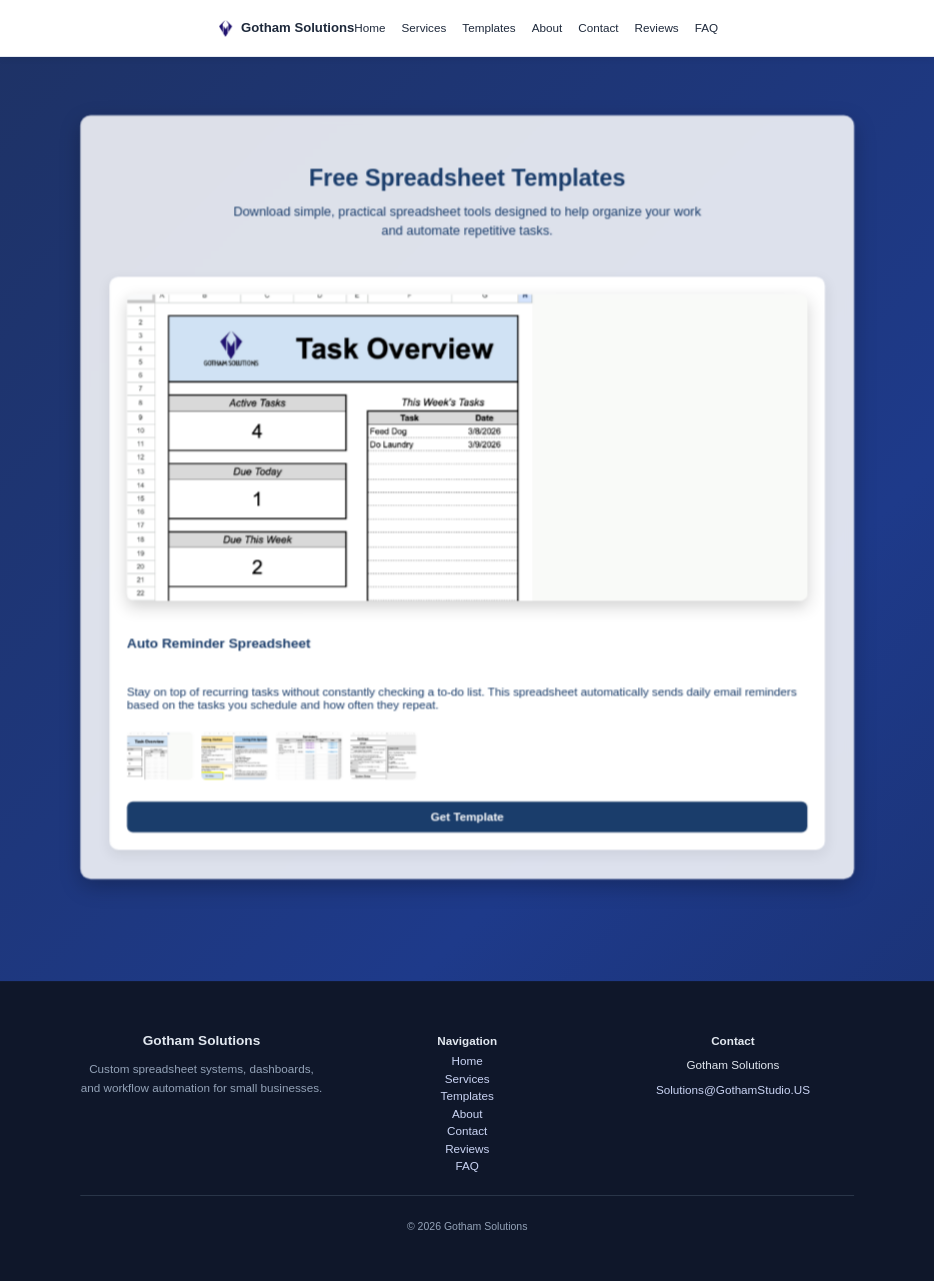
Repository: kmm569/gothamsolutions
Page: templates/index.html
The author's editor kept a copy of each file at every save. The page is drawn from the files as they stood at one save, then again after the next save.
The browser window is 1280 px wide. The pictures show the whole page, at 73% of full size.

Above is the page before, as saved 2026-03-13 15:23:56.

### templates/index.html
<!doctype html>
<html lang="en">
	<head>
<meta name="robots" content="index, follow">
	<meta charset="UTF-8" />
	<meta name="viewport" content="width=device-width, initial-scale=1.0" />

	<title>Spreadsheet Templates for Small Businesses | Gotham Solutions</title>

	<meta name="description"
	content="Browse spreadsheet templates designed to help small businesses track tasks, organize data, and manage workflows efficiently." />

	<meta name="keywords"
	content="spreadsheet templates, business spreadsheet templates, google sheets templates, excel templates, productivity spreadsheets" />

	<link rel="canonical" href="https://solutions.gothamstudio.us/templates/" />

	<link rel="icon" href="../icons/favicon.ico" />
	<link rel="stylesheet" href="../styles.css" />

	<meta property="og:type" content="website" />
	<meta property="og:title" content="Spreadsheet Templates | Gotham Solutions" />
	<meta property="og:description" content="Spreadsheet templates designed for small business workflows and organization." />
	<meta property="og:url" content="https://solutions.gothamstudio.us/templates/" />
	<meta property="og:image" content="https://solutions.gothamstudio.us/LogoSolo.png" />

</head>

	<body>
		<div id="site-header"></div>

		<main>
			<div class="content-wrapper">
				<section class="hero">
					<h2>Free Spreadsheet Templates</h2>

					<p class="hero-text">
						Download simple, practical spreadsheet tools designed to help
						organize your work and automate repetitive tasks.
					</p>
				</section>

				<section class="templates-grid">
					<div class="template-card">
						<img
							src="./images/autoreminders-dashboard.png"
							class="template-preview"
						/>

						<h3>Auto Reminder Spreadsheet</h3>

						<p class="template-description">
							Stay on top of recurring tasks without constantly checking a to-do
							list. This spreadsheet automatically sends daily email reminders
							based on the tasks you schedule and how often they repeat.
						</p>

						<div class="template-gallery">
							<img src="./images/autoreminders-dashboard.png" />
							<img src="./images/autoreminder-howto.png" />
							<img src="./images/autoreminders-reminders.png" />
							<img src="./images/autoreminders-settings.png" />
						</div>

						<a
							href="https://docs.google.com/spreadsheets/d/1iqwoBiz4gU0WCehX7NCS7XLuU7zCwvFCleJvFZoa73Y/edit?usp=sharing"
							class="button-primary"
							target="_blank"
						>
							Get Template
						</a>
					</div>
				</section>
			</div>
		</main>

		<div id="site-footer"></div>

		<script>
			document.querySelectorAll(".template-gallery img").forEach((img) => {
				img.addEventListener("click", () => {
					const card = img.closest(".template-card");
					const preview = card.querySelector(".template-preview");

					preview.src = img.src;
				});
			});

			const params = new URLSearchParams(window.location.search);

			if (params.has("template")) {
				sessionStorage.setItem("template", params.get("template"));
			}

			if (params.has("source")) {
				sessionStorage.setItem("source", params.get("source"));
			}

			/*const header = document.querySelector("header");

			let isShrunk = false;

			const shrinkPoint = 120;
			const expandPoint = 40;

			window.addEventListener("scroll", () => {
				const scroll = window.scrollY;

				if (!isShrunk && scroll > shrinkPoint) {
					header.classList.add("scrolled");
					isShrunk = true;
				}

				if (isShrunk && scroll < expandPoint) {
					header.classList.remove("scrolled");
					isShrunk = false;
				}
			});*/
		</script>
		<script src="/js/layout.js"></script>
	</body>
</html>

### styles.css
*,
*::before,
*::after {
	box-sizing: border-box;
}

body {
	background: #ffffff;
	color: #1a3d6b;
	font-family: Arial, sans-serif;
	margin: 0;
	padding: 0;
	display: flex;
	flex-direction: column;
	min-height: 100vh;
}

header {
	position: sticky;
	top: 0;
	z-index: 100;

	display: flex;
	flex-direction: column;
	align-items: center;
	justify-content: center;

	height: 78px;

	padding: 6px 20px;

	background: rgba(255, 255, 255, 0.9);
	backdrop-filter: blur(6px);

	box-shadow: 0 2px 10px rgba(0, 0, 0, 0.08);
}

.logo-container {
	display: flex;
	align-items: center;
	gap: 10px;

	flex-shrink: 0;

	height: 44px;
	overflow: hidden;

	transition:
		max-height 0.25s ease,
		opacity 0.2s ease,
		transform 0.25s ease;
}

/* compact header when scrolling
header.scrolled {
	padding: 10px 20px;
	box-shadow: 0 6px 18px rgba(0, 0, 0, 0.15);
}*/

header.scrolled .logo-container {
	max-height: 0;
	opacity: 0;
	transform: translateY(-10px);
}

@media (max-width: 600px) {
	header {
		padding: 16px 12px;
	}
}

header h1 {
	font-size: 22px;
	margin: 0;
}

.logo {
	height: 34px;
	width: auto;
}

nav ul {
	display: flex;
	gap: 28px;
	list-style: none;
	padding: 0;
	margin: 4px 0 0 0;
}

.nav-link {
	text-decoration: none;

	color: #334155;
	font-weight: 500;

	position: relative;

	transition: color 0.2s ease;
}

.nav-link:hover {
	color: #2563eb;
}

.nav-link::after {
	content: "";

	position: absolute;
	left: 0;
	bottom: -4px;

	width: 0;
	height: 2px;

	background: #2563eb;

	transition: width 0.2s ease;
}

.nav-link:hover::after {
	width: 100%;
}

main {
	flex: 1;
	padding: 40px 20px;
	width: 100%;
	max-width: 1100px;
	margin: 0 auto;
}

/* HERO */

.hero {
	text-align: center;
	margin-bottom: 50px;
}

.hero h2 {
	font-size: 2em;
	margin-bottom: 15px;
}

.hero-text {
	max-width: 650px;
	margin: auto;
	font-size: 1.1em;
	line-height: 1.5;
}

.hero-sub {
	margin-top: 0.75rem;
	font-size: 0.95rem;
	color: #5a6b82;
}

@media (max-width: 600px) {
	.hero-text {
		max-width: 100%;
		padding: 0 6px;
	}
}

.hero-buttons {
	margin-top: 20px;
	display: flex;
	gap: 15px;
	justify-content: center;
	flex-wrap: wrap;
}

/* BUTTONS */

.button-primary {
	background: #1a3d6b;
	color: white;
	padding: 12px 24px;
	border-radius: 8px;
	text-decoration: none;
	font-weight: bold;
}

.button-secondary {
	background: #16a085;
	color: white;
	padding: 12px 24px;
	border-radius: 8px;
	text-decoration: none;
	font-weight: bold;
}

@media (max-width: 600px) {
	.button-primary,
	.button-secondary {
		padding: 10px 18px;
		font-size: 0.95em;
	}
}

/* SERVICES */

.services {
	margin-bottom: 50px;
	margin-top: 0;
	padding-top: 1rem;
}

.services h2 {
	text-align: center;
	margin-bottom: 25px;
}

.service-grid {
	display: grid;
	grid-template-columns: repeat(auto-fit, minmax(220px, 1fr));
	gap: 20px;
}

@media (max-width: 600px) {
	.service-grid {
		grid-template-columns: 1fr;
		gap: 18px;
	}
}

.service-card {
	background: #f5f5f5;
	padding: 20px;
	border-radius: 10px;
	box-shadow: 0 4px 10px rgba(0, 0, 0, 0.1);
}

/* PROCESS */

.process {
	margin-bottom: 20px;
}

.process h2 {
	text-align: center;
	margin-bottom: 25px;
}

.process-grid {
	display: grid;
	grid-template-columns: repeat(auto-fit, minmax(220px, 1fr));
	gap: 20px;
}

.process-step {
	background: #f5f5f5;
	padding: 20px;
	border-radius: 10px;
	box-shadow: 0 4px 10px rgba(0, 0, 0, 0.1);
}

/* CTA */

.cta {
	text-align: center;
	background: #f5f5f5;
	padding: 30px;
	border-radius: 10px;
	max-width: 700px;
	margin: 0 auto;
}

.cta p {
	max-width: 600px;
	margin: 10px auto 20px auto;
}

/* FORM */

.contact-section {
	max-width: 900px;
	margin: 60px auto;
	padding: 0 20px;
}

.form-card {
	background: #f5f5f5;
	padding: 30px;
	border-radius: 10px;
	box-shadow: 0 6px 14px rgba(0, 0, 0, 0.15);

	width: 100%;
	max-width: 900px;

	margin: 0 auto;
}

.form-card form {
	width: 100%;
}

form {
	display: flex;
	flex-direction: column;
	gap: 14px;
}

input,
select,
textarea {
	width: 100%;
	padding: 14px;
	font-size: 15px;
}

.submit-button {
	margin-top: 10px;
	padding: 12px;
	border: none;
	background: #1a3d6b;
	color: white;
	font-weight: bold;
	border-radius: 8px;
	cursor: pointer;
}

.submit-button:hover {
	background: #163457;
}

input,
select,
textarea {
	width: 100%;
	padding: 12px;
	border-radius: 6px;
	border: 1px solid #ccc;
	font-size: 14px;
	box-sizing: border-box;
}

/* WHY SECTION */

.why-section {
	margin: 50px 0;
	background: #f5f5f5;
	padding: 30px;
	border-radius: 10px;
	box-shadow: 0 4px 10px rgba(0, 0, 0, 0.1);
}

.why-section h2 {
	text-align: center;
	margin-bottom: 10px;
}

.why-section > p {
	text-align: center;
	max-width: 650px;
	margin: 0 auto 25px auto;
}

footer {
	background: #e0e0e0;
	padding: 12px;
	text-align: center;
}

/* WHY GOTHAM SOLUTIONS LIST */

.about-points {
	list-style: none;
	padding: 0;
	margin-top: 20px;

	display: flex;
	flex-direction: column;
	gap: 18px;
}

.about-points li {
	position: relative;
	padding-left: 34px;
	line-height: 1.5;
}

.about-points li::before {
	content: "";

	position: absolute;
	left: 0;
	top: 3px;

	width: 16px;
	height: 16px;

	background-color: #2c3e50;

	mask: url("/icons/target.svg") no-repeat center;
	mask-size: contain;

	-webkit-mask: url("/icons/target.svg") no-repeat center;
	-webkit-mask-size: contain;
}

body {
	background: linear-gradient(-45deg, #0f172a, #1e3a8a, #1e293b, #2563eb);

	background-size: 400% 400%;
	animation: gradientShift 15s ease infinite;

	min-height: 100vh;
}

@keyframes gradientShift {
	0% {
		background-position: 0% 50%;
	}
	50% {
		background-position: 100% 50%;
	}
	100% {
		background-position: 0% 50%;
	}
}

.content-wrapper {
	max-width: 1100px;
	margin: 40px auto;
	padding: 40px;

	background: rgba(255, 255, 255, 0.85);

	border-radius: 14px;

	box-shadow: 0 10px 30px rgba(0, 0, 0, 0.25);

	backdrop-filter: blur(6px);
}

.service-card,
.process-step {
	background: #ffffff;
	border-radius: 12px;

	padding: 24px;

	box-shadow: 0 6px 18px rgba(0, 0, 0, 0.08);

	transition:
		transform 0.2s ease,
		box-shadow 0.2s ease;
}

.service-card:hover,
.process-step:hover {
	transform: translateY(-6px);

	box-shadow: 0 14px 32px rgba(0, 0, 0, 0.15);
}

.service-card::before,
.process-step::before {
	content: "";
	display: block;

	height: 4px;
	width: 40px;

	background: #2563eb;

	border-radius: 4px;

	margin-bottom: 12px;
}

.templates-grid {
	display: grid;
	grid-template-columns: repeat(auto-fit, minmax(260px, 1fr));
	gap: 24px;
	margin-top: 30px;
}

.template-card {
	background: #ffffff;
	border-radius: 12px;
	padding: 24px;

	box-shadow: 0 6px 18px rgba(0, 0, 0, 0.08);

	display: flex;
	flex-direction: column;
	gap: 12px;

	transition:
		transform 0.2s ease,
		box-shadow 0.2s ease;
}

.template-card:hover {
	transform: translateY(-6px);
	box-shadow: 0 14px 32px rgba(0, 0, 0, 0.15);
}

.template-preview {
	width: 100%;
	max-height: 420px;

	object-fit: cover;

	border-radius: 10px;
	margin-bottom: 16px;

	box-shadow: 0 8px 20px rgba(0, 0, 0, 0.18);
}

.template-gallery {
	display: flex;
	gap: 12px;
	margin-bottom: 18px;
	flex-wrap: wrap;
}

.template-gallery img {
	width: 90px;
	height: 65px;

	object-fit: cover;

	border-radius: 6px;
	cursor: pointer;

	transition:
		transform 0.15s ease,
		box-shadow 0.15s ease;
}

.template-gallery img:hover {
	transform: scale(1.05);
	box-shadow: 0 6px 12px rgba(0, 0, 0, 0.15);
}

.template-card .button-primary {
	width: 100%;
	text-align: center;
}

.review-grid {
	display: grid;
	grid-template-columns: repeat(auto-fit, minmax(260px, 1fr));
	gap: 24px;
	margin-top: 32px;
}

.review-card {
	background: #fff;
	padding: 24px;
	border-radius: 10px;
	box-shadow: 0 4px 12px rgba(0, 0, 0, 0.08);
}

.review-card p {
	margin: 10px 0;
}

.stars {
	color: #f5b301;
	font-size: 18px;
}

.review-average {
	font-size: 20px;
	margin-bottom: 20px;
}

.review-form {
	max-width: 600px;
	margin-top: 24px;
	display: flex;
	flex-direction: column;
	gap: 12px;
}

.review-form label {
	margin-top: 8px;
}

.review-form input,
.review-form textarea,
.review-form select {
	padding: 10px;
	border: 1px solid #ccc;
	border-radius: 6px;
	font-size: 14px;
}

.review-form textarea {
	min-height: 120px;
	resize: vertical;
}

.review-form button {
	margin-top: 16px;
	padding: 12px;
	background: #1d3557;
	color: white;
	border: none;
	border-radius: 6px;
	cursor: pointer;
	font-weight: 600;
}

.review-form button:hover {
	background: #274777;
}

.review-form {
	max-width: 600px;
	margin: 24px auto 0 auto;
	display: flex;
	flex-direction: column;
	gap: 12px;
}

.review-card strong {
	display: block;
	margin-top: 8px;
	color: #1a3d6b;
}

.review-empty {
	text-align: center;
	max-width: 520px;
	margin: 60px auto 40px auto;
}

.review-empty h3 {
	margin: 10px 0 8px 0;
}

.review-empty p {
	margin-bottom: 14px;
	color: #475569;
	line-height: 1.5;
}

.review-empty .stars {
	font-size: 28px;
	margin-bottom: 12px;
}

.star-rating {
	color: #ccc;
	cursor: pointer;
	user-select: none;
	font-size: 28px;

	display: flex;
	align-items: center;
	gap: 4px;

	margin: 6px 0 6px 0;
}

.star-rating span {
	margin-right: 6px;
	transition: color 0.15s ease;
}

.star-rating span.active {
	color: #f5b301;
}

.star-rating span:hover {
	color: #f5b301;
	transform: scale(1.1);
}

.anon-option {
	display: flex;
	align-items: center;
	gap: 8px;
	font-size: 14px;
	margin-top: 6px;
	margin: 4px 0 8px 0;
}

.anon-option input {
	width: auto;
	margin: 0;
}

.review-form input:disabled {
	background: #f2f2f2;
	color: #777;
	cursor: not-allowed;
}

.footer-nav {
	margin-bottom: 0.75rem;
}

.footer-nav a {
	margin: 0 0.75rem;
	color: inherit;
	text-decoration: none;
	font-weight: 500;
}

.footer-nav a:hover {
	text-decoration: underline;
}

footer {
	background: #0f172a;
	color: #e2e8f0;
	margin-top: 60px;
}

.footer-inner {
	max-width: 1100px;
	margin: auto;
	padding: 40px 20px;
}

.footer-grid {
	display: grid;
	grid-template-columns: repeat(auto-fit, minmax(200px, 1fr));
	gap: 32px;
}

.footer-brand h3 {
	margin-bottom: 10px;
}

.footer-brand p {
	color: #94a3b8;
	line-height: 1.6;
}

.footer-links h4,
.footer-contact h4 {
	margin-bottom: 10px;
}

.footer-links nav {
	display: flex;
	flex-direction: column;
	gap: 6px;
}

.footer-links a,
.footer-contact a {
	color: #cbd5f5;
	text-decoration: none;
}

.footer-links a:hover,
.footer-contact a:hover {
	text-decoration: underline;
}

.footer-bottom {
	margin-top: 30px;
	padding-top: 20px;
	border-top: 1px solid #334155;
	text-align: center;
	font-size: 0.9rem;
	color: #94a3b8;
}

.review-loading,
.review-error {
	text-align: center;
	max-width: 520px;
	margin: 32px auto 16px auto;
	padding: 32px 24px;
	background: #fff;
	border-radius: 12px;
	box-shadow: 0 4px 12px rgba(0, 0, 0, 0.08);
}

.review-loading h3,
.review-error h3 {
	margin: 12px 0 8px 0;
}

.review-loading p,
.review-error p {
	margin: 0;
	color: #475569;
	line-height: 1.5;
}

.review-loading-spinner {
	width: 40px;
	height: 40px;
	margin: 0 auto 12px auto;
	border: 4px solid #dbe4f0;
	border-top-color: #1d3557;
	border-radius: 50%;
	animation: reviewSpin 0.8s linear infinite;
}

@keyframes reviewSpin {
	from {
		transform: rotate(0deg);
	}
	to {
		transform: rotate(360deg);
	}
}

.review-readmore {
	background: none;
	border: none;
	color: #1d3557;
	font-weight: 600;
	cursor: pointer;
	margin-top: 6px;
	padding: 0;
	font-size: 0.9rem;
}

.review-readmore:hover {
	text-decoration: underline;
}
/* MOBILE HEADER + BURGER */

.site-header {
	background: #ffffff;
	border-bottom: 1px solid #e2e8f0;
	position: relative;
	z-index: 100;
}

.header-inner {
	max-width: 1100px;
	margin: auto;
	padding: 16px 20px;

	display: flex;
	align-items: center;
	justify-content: space-between;
}

/* logo */

.logo-link {
	display: flex;
	align-items: center;
	gap: 8px;

	text-decoration: none;
	color: #1e293b;
}

.logo {
	height: 26px;
	width: auto;
}

.logo-text {
	font-size: 18px;
	font-weight: 600;
}

/* nav */

.main-nav ul {
	display: flex;
	gap: 22px;
	list-style: none;
	margin: 0;
	padding: 0;
}

.nav-link {
	text-decoration: none;
	color: #1e293b;
	font-weight: 500;
}

.nav-link:hover {
	color: #1d3557;
}

/* burger */

.nav-toggle {
	display: none;
	background: none;
	border: none;
	cursor: pointer;

	margin-left: auto;

	width: 30px;
	height: 22px;

	position: relative;
	flex-shrink: 0;
}

.nav-toggle .bar {
	position: absolute;
	left: 0;

	width: 100%;
	height: 2px;

	background: #1e293b;

	transition: all 0.25s ease;
}

.nav-toggle .bar:nth-child(1) {
	top: 0;
}

.nav-toggle .bar:nth-child(2) {
	top: 10px;
}

.nav-toggle .bar:nth-child(3) {
	top: 20px;
}

/* burger animation */

.nav-toggle.toggle-open .bar:nth-child(1) {
	transform: rotate(45deg);
	top: 10px;
}

.nav-toggle.toggle-open .bar:nth-child(2) {
	opacity: 0;
}

.nav-toggle.toggle-open .bar:nth-child(3) {
	transform: rotate(-45deg);
	top: 10px;
}

/* mobile nav */

@media (max-width: 900px) {

	.header-inner {
	width: 100%;
	max-width: none;
	padding: 16px 16px;
}
	.nav-toggle {
		display: block;
	}

	.main-nav {
		position: absolute;
		top: 70px;
		left: 0;

		width: 100%;
		background: #ffffff;

		border-bottom: 1px solid #e2e8f0;

		max-height: 0;
		overflow: hidden;

		transition: max-height 0.25s ease;
	}

	.main-nav ul {
		flex-direction: column;
		padding: 18px 20px;
		gap: 0;
	}

	.main-nav li {
		padding: 14px 0;
		border-bottom: 1px solid #f1f5f9;
	}

	.main-nav li:last-child {
		border-bottom: none;
	}

	.main-nav.nav-open {
		max-height: 420px;
	}
}

### js/layout.js
async function loadComponent(id, url)
{
	const element = document.getElementById(id);

	if (!element) return;

	try
	{
		const res = await fetch(url);

		if (!res.ok)
		{
			throw new Error("Component failed to load");
		}

		const html = await res.text();

		element.innerHTML = html;

		if (id === "site-header")
		{
			initMobileNav();
		}
	}
	catch (err)
	{
		console.error("Layout load error:", err);
	}
}

function initMobileNav()
{
	const toggle = document.getElementById("nav-toggle");
	const nav = document.getElementById("main-nav");

	if (!toggle || !nav) return;

	toggle.addEventListener("click", () =>
	{
		nav.classList.toggle("nav-open");
		toggle.classList.toggle("toggle-open");
	});
}

document.addEventListener("DOMContentLoaded", () =>
{
	loadComponent("site-header", "/components/header.html");
	loadComponent("site-footer", "/components/footer.html");
});

### components/header.html
<header class="site-header">

	<div class="header-inner">

		<div class="logo-container">

			<a href="/" class="logo-link">
				<img src="/LogoSolo.png" alt="Gotham Solutions Logo" class="logo">
				<span class="logo-text">Gotham Solutions</span>
			</a>

		</div>

		<button class="nav-toggle" id="nav-toggle" aria-label="Toggle navigation">

			<span class="bar"></span>
			<span class="bar"></span>
			<span class="bar"></span>

		</button>

		<nav class="main-nav" id="main-nav">

			<ul>

				<li><a href="/" class="nav-link">Home</a></li>
				<li><a href="/services/" class="nav-link">Services</a></li>
				<li><a href="/templates/" class="nav-link">Templates</a></li>
				<li><a href="/about/" class="nav-link">About</a></li>
				<li><a href="/contact/" class="nav-link">Contact</a></li>
				<li><a href="/reviews/" class="nav-link">Reviews</a></li>
				<li><a href="/faq/" class="nav-link">FAQ</a></li>

			</ul>

		</nav>

	</div>

</header>

### components/footer.html
<footer>

	<div class="footer-inner">

		<div class="footer-grid">

			<div class="footer-brand">

				<h3>Gotham Solutions</h3>

				<p>
					Custom spreadsheet systems, dashboards, and workflow automation
					for small businesses.
				</p>

			</div>

			<div class="footer-links">

				<h4>Navigation</h4>

				<nav>

					<a href="/">Home</a>
					<a href="/services/">Services</a>
					<a href="/templates/">Templates</a>
					<a href="/about/">About</a>
					<a href="/contact/">Contact</a>
					<a href="/reviews/">Reviews</a>
					<a href="/faq/">FAQ</a>

				</nav>

			</div>

			<div class="footer-contact">

				<h4>Contact</h4>

				<p>Gotham Solutions</p>

				<p>
					<a href="mailto:Solutions@gothamstudio.us">
						Solutions@GothamStudio.US
					</a>
				</p>

			</div>

		</div>

		<div class="footer-bottom">

			<p>© 2026 Gotham Solutions</p>

		</div>

	</div>

</footer>

After the next save:
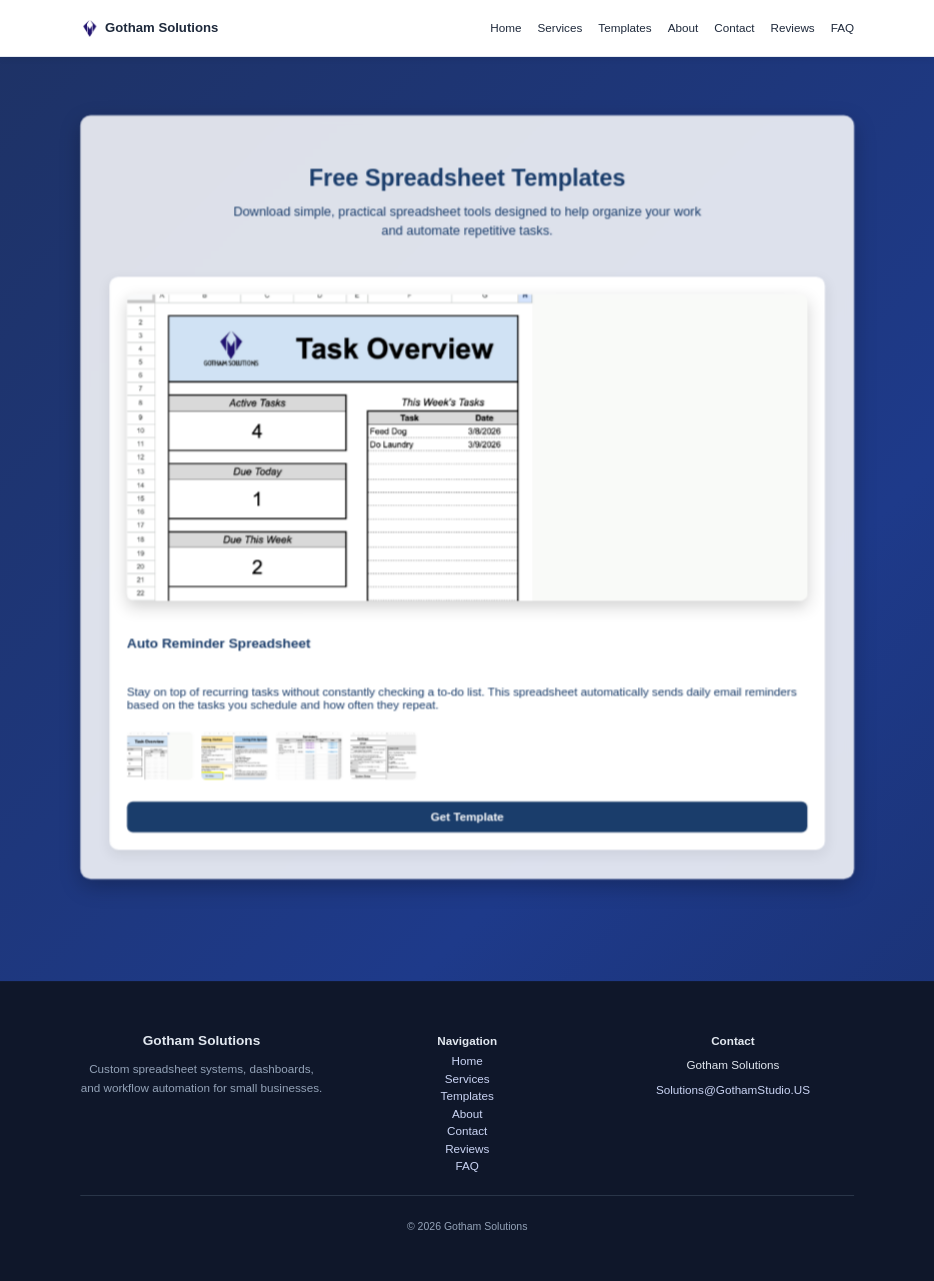
Saved 11 min 34 s later.
--- a/styles.css
+++ b/styles.css
@@ -985,3 +985,32 @@ footer {
 		max-height: 420px;
 	}
 }
+
+/* =========================
+   DESKTOP HEADER FIX
+   ========================= */
+
+@media (min-width: 769px) {
+
+	.header-inner {
+		max-width: 1100px;
+		margin: 0 auto;
+		width: 100%;
+		display: flex;
+		align-items: center;
+		justify-content: space-between;
+	}
+
+}
+
+/* mobile */
+@media (max-width: 768px) {
+
+	.header-inner {
+		max-width: none;
+		width: 100%;
+		margin: 0;
+		padding: 16px 20px;
+	}
+
+}
